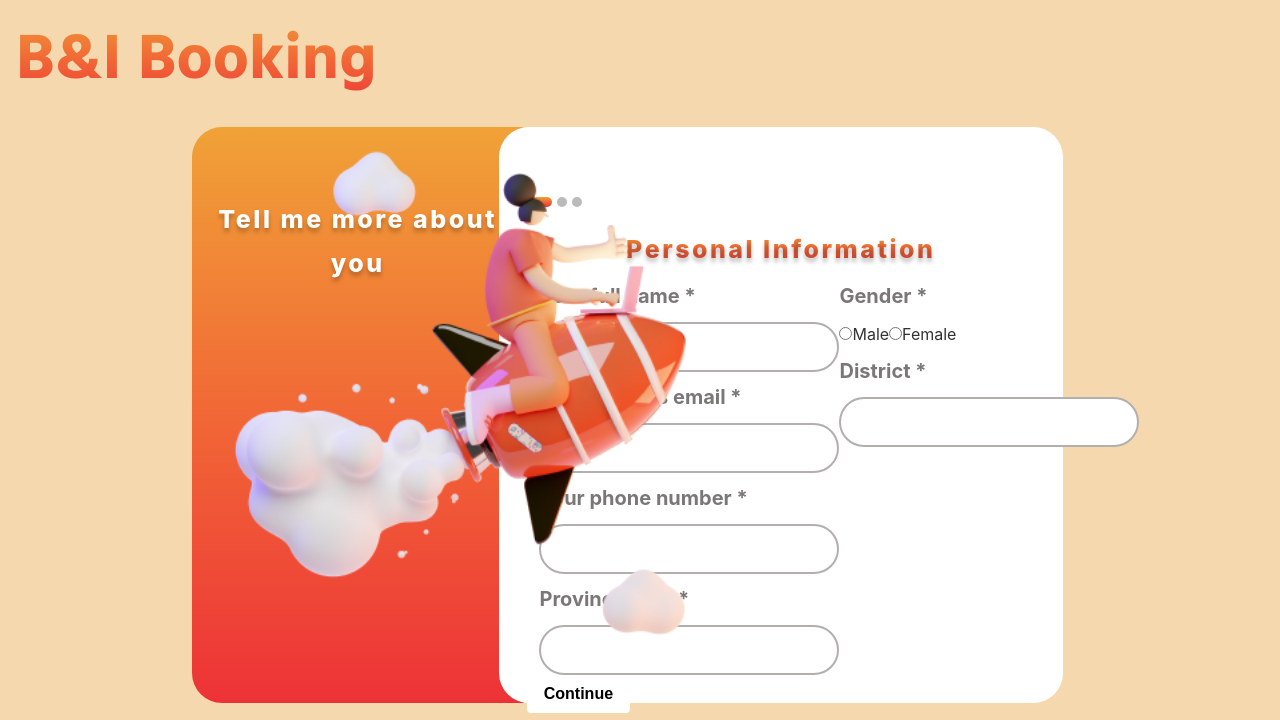
Repository: Grand-Line-PNV/FE-BIBooking
Page: /
An editor plug-in stored every save of this project. The page is shown before and after the next save, followed by the edit.
The browser window is 1280 px wide. The pictures show the whole page.
The project was rebuilt for these pictures with package versions that can differ from the ones it lists, and the page was loaded fresh each time. Also part of the build but not shown: src/App.css.

Above is the page before, as saved 2023-02-06 10:40:11.

After the next save:
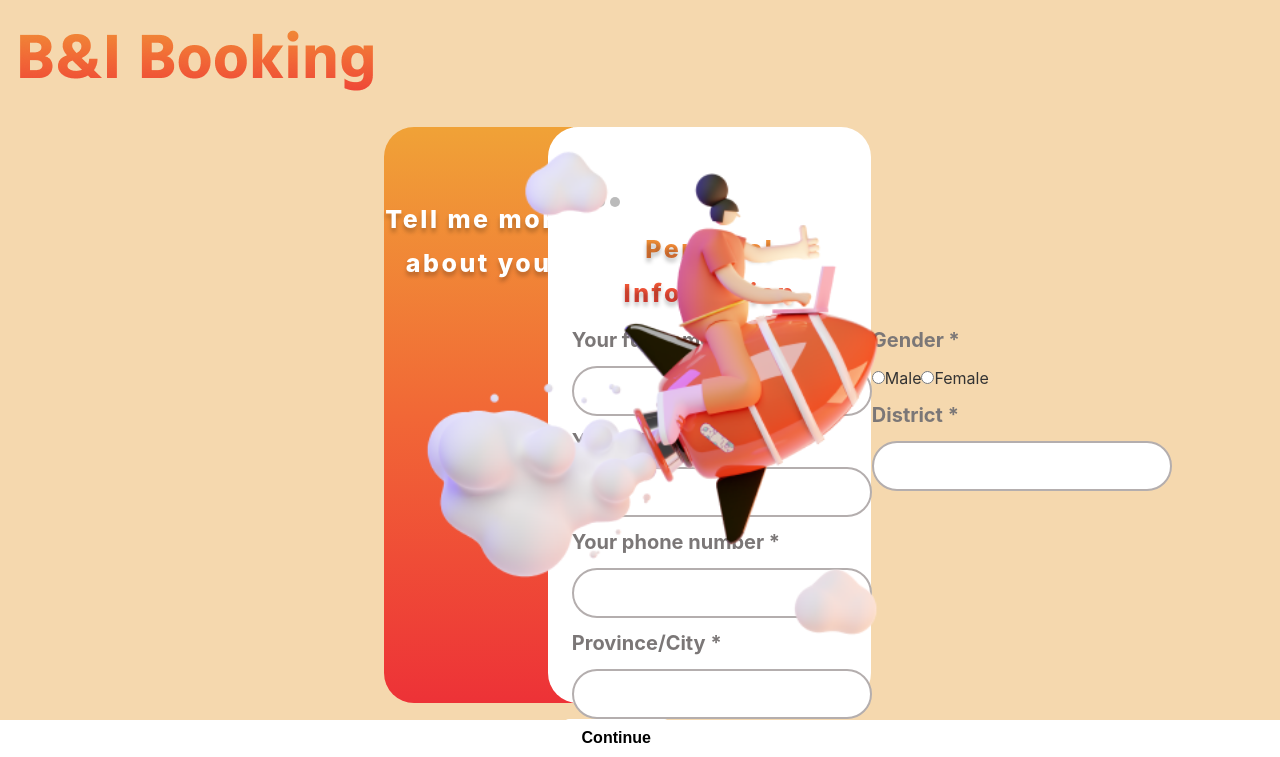
Saved 11 s later.
--- a/src/view/pages/Influencers/PersonalInformation/PersonalInformation.module.scss
+++ b/src/view/pages/Influencers/PersonalInformation/PersonalInformation.module.scss
@@ -16,7 +16,7 @@
   background-color: var(--Wheat-color);
   font-family: var(--Inter-font-family);
   & .container {
-    width: 70%;
+    width: 40%;
     // height: 50vh;
     // background-color: white;
     margin: 0 auto;

After the save that followed:
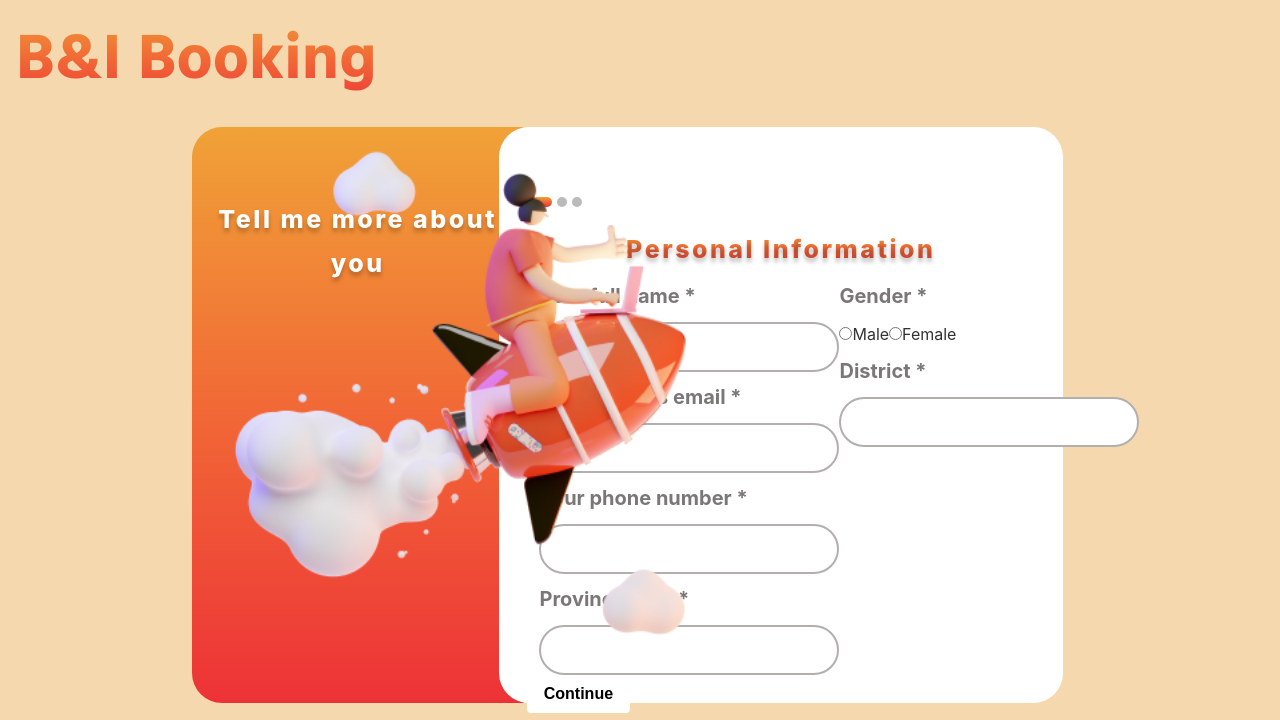
Saved 10 s later.
--- a/src/view/pages/Influencers/PersonalInformation/PersonalInformation.module.scss
+++ b/src/view/pages/Influencers/PersonalInformation/PersonalInformation.module.scss
@@ -16,7 +16,7 @@
   background-color: var(--Wheat-color);
   font-family: var(--Inter-font-family);
   & .container {
-    width: 40%;
+    width: 70%;
     // height: 50vh;
     // background-color: white;
     margin: 0 auto;
